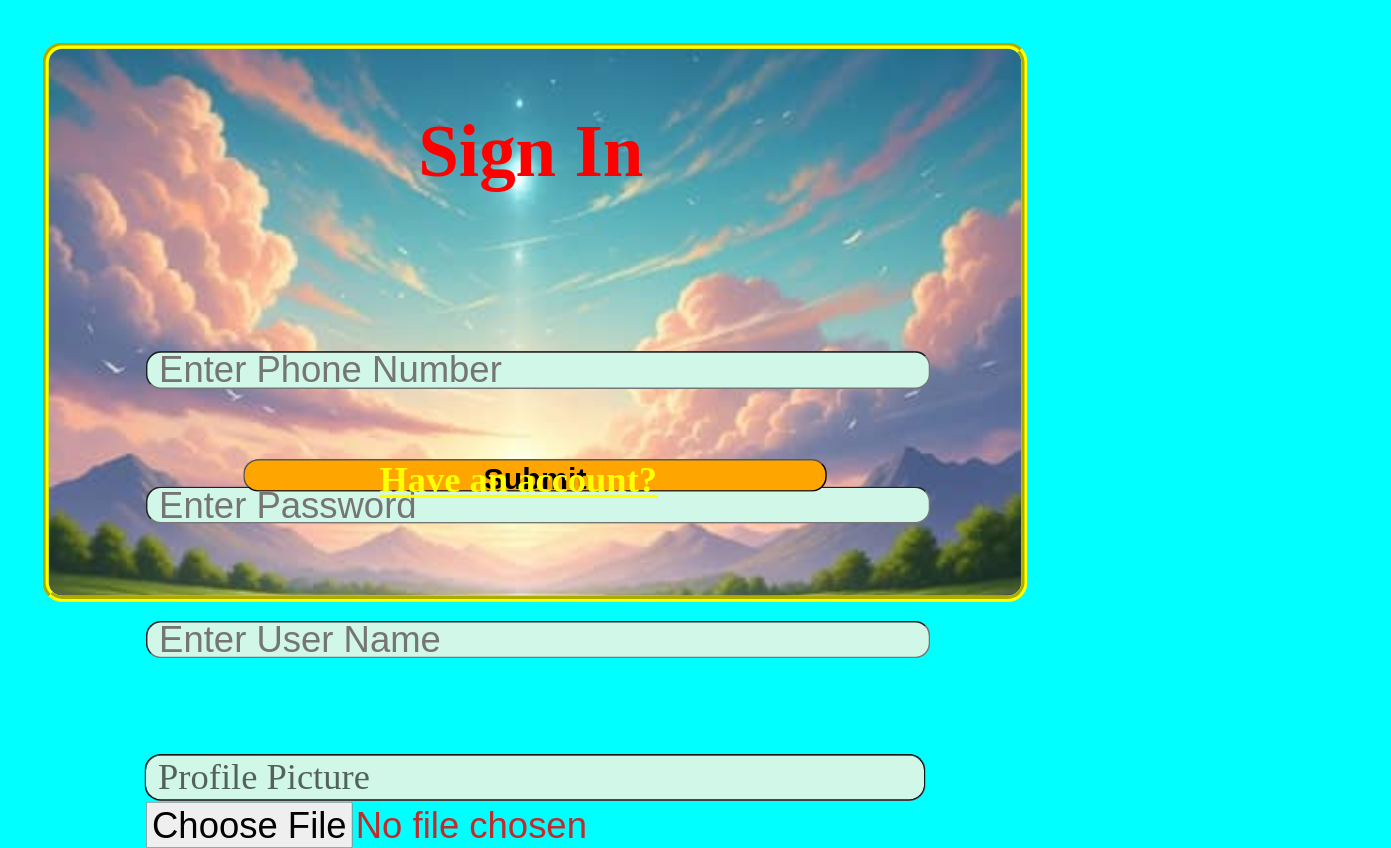
Repository: Amani-Kibet/express-app-web
Page: pages/signup/signIn.html
The author's editor kept a copy of each file at every save. The page is drawn from the files as they stood at one save, then again after the next save.
The browser window is 1280 px wide. The page is 1830 px wide, then 1742 px, so the pictures cover 1830 px, including what lies to the right of the window. The pictures show the whole page, at 76% of full size.

Above is the page before, as saved 2025-09-28 18:00:13.

### pages/signup/signIn.html
<!DOCTYPE html>
<head>
  <title> Login Page</title>
  <style>
    body{
      background-color: cyan;
    }
  #board{
    background: url(/pictures/p1.png);
    background-size: cover;
    width: 100vw;
    height: 100vh;
    border-radius: 18px;
    outline: 8px groove yellow;
    position: absolute;
    top: 4rem;
    left: 4rem;
  }
  h2{
    color: red;
    position: relative;
    left: 38%;
    font-size: 6rem
  }
  .inputs{
    width: 80%;
    height: 6%;
    position: relative;
    left: 10%;
    margin-top: 10%;
    border-radius: 20px;
    color: blue;
    font-size: 3em;
    background-color: rgb(209, 247, 233);
  }
  #picC{
    display: flex;
    flex-direction: column;
    height: 14%;
    gap: 10%;
    height: 8%;
    outline: 2px groove black;
    color: rgb(194, 43, 43);
  }
  #picI{
    font-size: 1em;
  }
  #picT{
    font-size: 1em;
    opacity: 0.6;
    font-style: normal;
    position: relative;
    left: 1rem;
    color: black;
  }
  #submit{
    background: orange;
    position: absolute;
    width: 60%;
    height: 6%;
    top: 75%;
    left: 20%;
    border-radius: 20px;
    font-size: 2.5em;
    font-weight: bold;
  }
  #msg{
    background: lightblue;
    width: 70%;
    height: 50%;
    border-radius: 10px;
    position: absolute;
    bottom: 30%;
    left: 15%;
    outline: 4px groove yellow;
    display: none;
  }
  .prog{
    border-radius: 100%;
    position: absolute;
    top: 4%;
    left: 4%;
    outline: 20px groove yellow;
    font-size: 8em;
  }
  #prog2{
      transform: rotateY(90deg)
  }
  #progC{
    transform-style: preserve-3d;
    animation: spin 4s ease-in-out infinite;
  }
  #msgT{
    position: relative;
    top: 36%;
    left: 10%;
    color: blue;
    font-weight: bold;
    font-size: 4em;
    width: 80%;
    height: 20%;
  }
  #loginT{
    position: relative;
    top: 20%;
    left: 12%;
    color: rgb(255, 60, 0);
    font-weight: 500;
    font-size: 5em;
    width: 80%;
    height: 25%;
  }
  .links{
    position: absolute;
    font-weight: 800;
    font-size: 3em;
    color: yellow;
    top: 75%;
    left: 34%
  }
  @keyframes spin{
    0%{transform: rotateY(0deg) rotateX(0deg) translateX(0px)}
    50%{transform: rotateY(360deg) rotateX(60deg) translateX(50px)}
    100%{transform: rotateY(0deg) rotateX(0deg) translateX(0px)}
  }
  </style>
</head>
<body>
  <div id="board">
    <h2>Sign In</h2>
    <input type="number" class="inputs" id="phoneI" placeholder=" Enter Phone Number">
    <input type="password" class="inputs" id="passI" placeholder=" Enter Password">
    <input type="text" class="inputs" id="nameI" placeholder=" Enter User Name">
    <div id="picC" class="inputs">
      <i id="picT">Profile Picture</i>
    <input id="picI" type="file" name="image">
    </div>
  <button id="submit" onclick="f1()">Submit</button>
  <a class="links" id="link1" href="/pages/signup/logIn.html">Have an account?</a>
    <div id="msg">
      <div id="progC">
        <div id="prog1" class="prog">🔴</div>
      <div id="prog2" class="prog">🟢</div>
      </div>
      <p id="loginT">Please wait...</p>
      <h3 id="msgT">No text returned</h3>
    </div>
  </div>
</body>
<script>
  let bt1= document.getElementById("submit")
  let msgT= document.getElementById("msgT")
  let msg= document.getElementById("msg")

function f1(){
  let phoneI= document.getElementById("phoneI").value;
  let passI= document.getElementById("passI").value;
  let nameI= document.getElementById("nameI").value;
  let picI= document.getElementById("picI").files[0];

  let folder= new FormData()
  folder.append("image", picI)
  folder.append("json", JSON.stringify({phone: `${phoneI}`, pass: `${passI}`, name: `${nameI}`}))


  fetch("/path1", {
    method: "POST",
    body: folder
  })
  .then(type=> type.text())
  .then(data=> {
  msg.style.display="block";
  msgT.innerHTML=`${phoneI} ${data}`
  setTimeout(()=>{
  msg.style.display="none";
  window.location.href="/pages/signup/login.html"
}, 8000);
})

  fetch("/path2", {
    method: "POST",
    body: env
  });

}
</script>
</html>

After the next save:
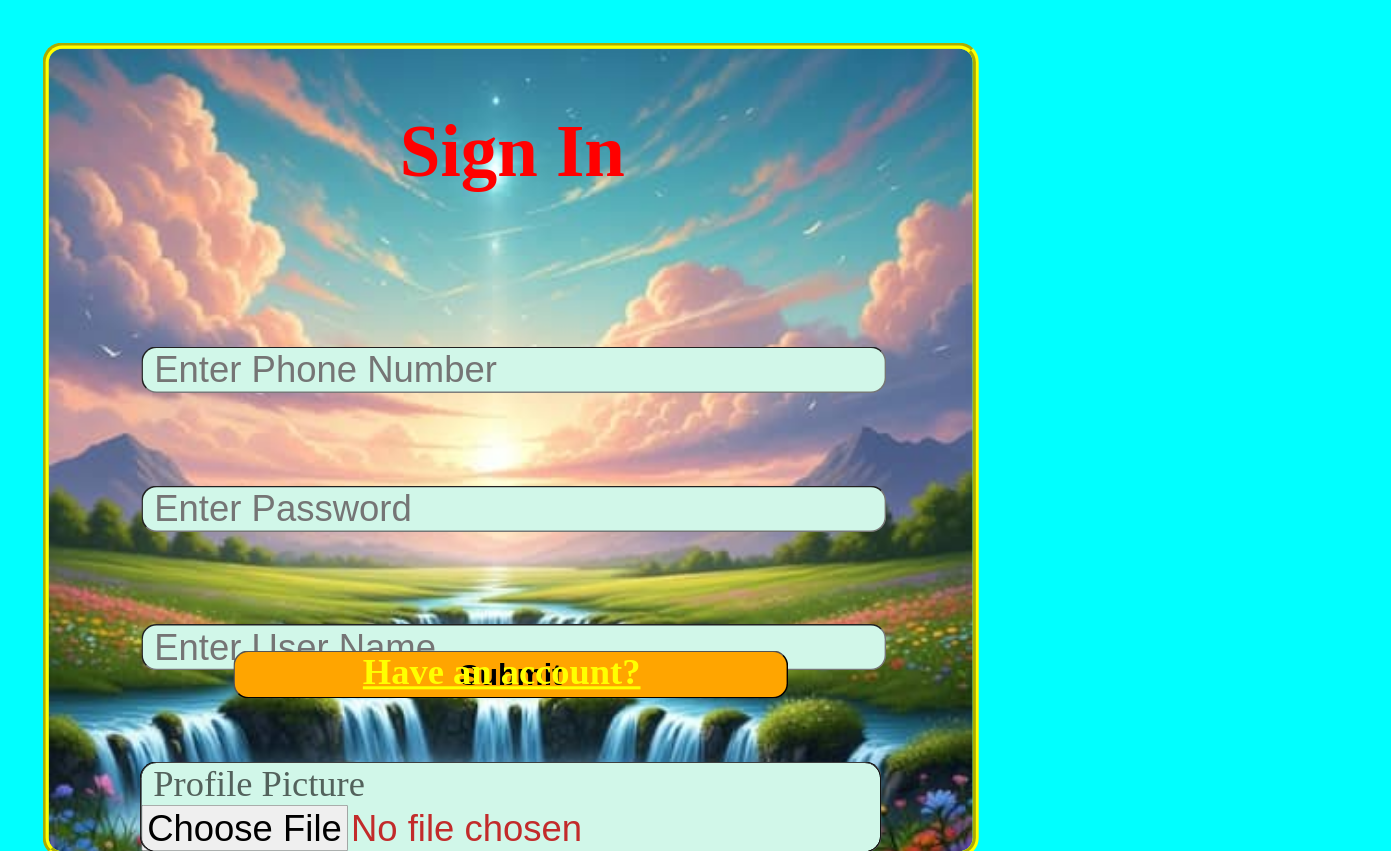
Saved 4 min 12 s later.
--- a/pages/signup/signIn.html
+++ b/pages/signup/signIn.html
@@ -1,5 +1,6 @@
 <!DOCTYPE html>
 <head>
+  <meta content="width= device-width, initial-scale=1.0"/>
   <title> Login Page</title>
   <style>
     body{
@@ -8,8 +9,8 @@
   #board{
     background: url(/pictures/p1.png);
     background-size: cover;
-    width: 100vw;
-    height: 100vh;
+    width: auto;
+    height: auto;
     border-radius: 18px;
     outline: 8px groove yellow;
     position: absolute;
